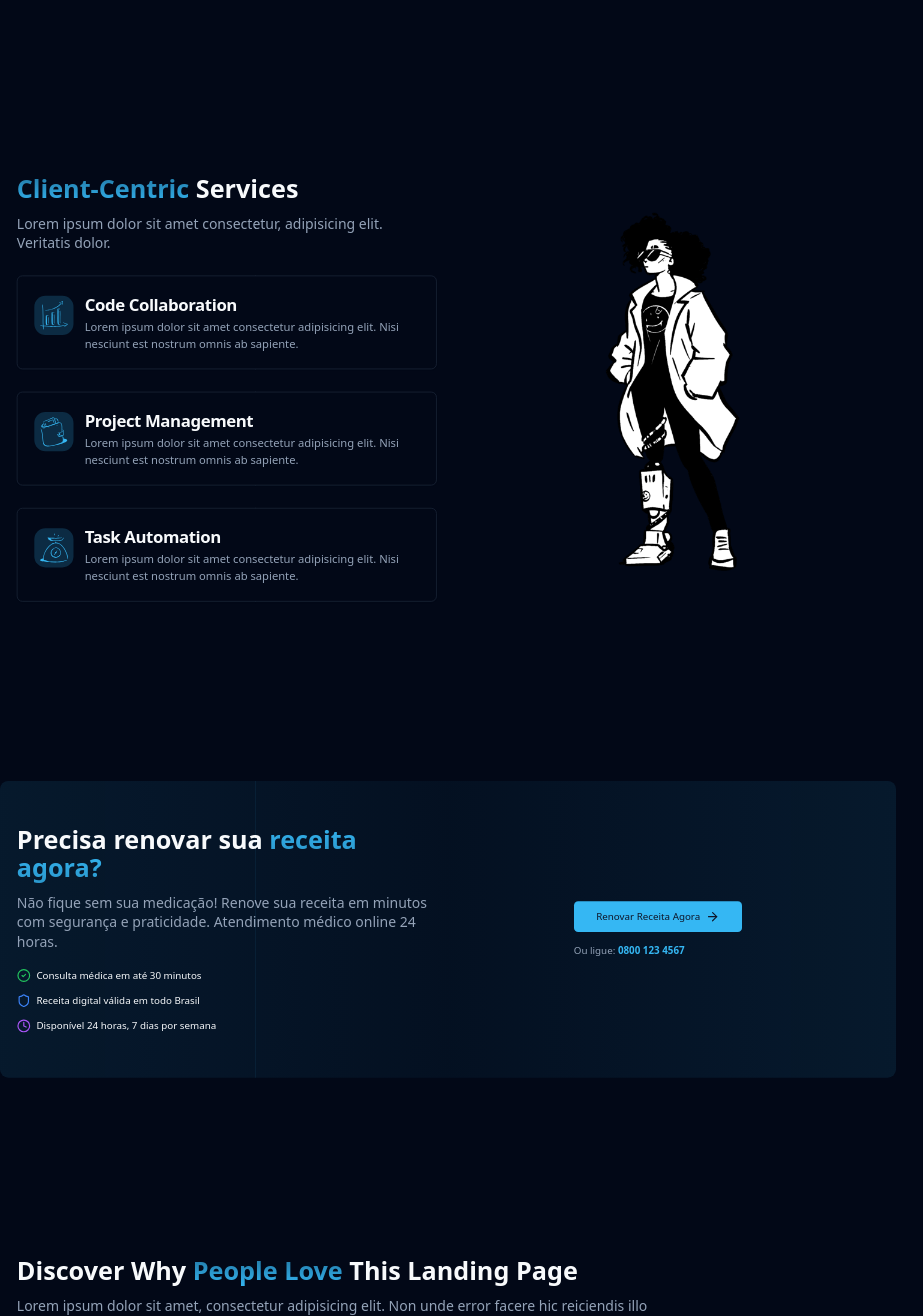
Repository: xoiurp/saude-digital
Page: /
The author's editor kept a copy of each file at every save. The page is drawn from the files as they stood at one save, then again after the next save.
The browser window is 1280 px wide. The page is 1318 px wide, so the pictures cover 1318 px, including what lies to the right of the window. The pictures show the part of the page from y = 2581 to 4461 px (the page is 7813 px tall before and 6947 px after), at 70% of full size.
Pictures or frames that could not be fetched are drawn as grey boxes. The project was rebuilt for these pictures with package versions that can differ from the ones it lists, and the page was loaded fresh each time. Also part of the build but not shown: vite.config.ts.

Above is the page before, as saved 2025-09-09 15:57:43.

### index.html
<!doctype html>
<html lang="pt-BR">
  <head>
    <meta charset="UTF-8" />
    <link rel="icon" type="image/svg+xml" href="/vite.svg" />
    <meta name="viewport" content="width=device-width, initial-scale=1.0" />
    <meta name="description" content="Renove sua receita médica online com segurança e praticidade. Consulta médica 24h, receita digital válida em todo Brasil. Renovação em minutos!">
    <meta name="keywords" content="renovar receita, receita médica online, telemedicina, consulta online, receita digital">
    <title>RenovaReceitas - Renovação de Receitas Médicas Online 24h</title>
  </head>
  <body>
    <div id="root"></div>
    <script type="module" src="/src/main.tsx"></script>
  </body>
</html>

### src/App.tsx
import { About } from "./components/About";
import { Cta } from "./components/Cta";
import { FAQ } from "./components/FAQ";
import { Features } from "./components/Features";
import { Footer } from "./components/Footer";
import { Hero } from "./components/Hero";
import { HowItWorks } from "./components/HowItWorks";
import { Navbar } from "./components/Navbar";
import { Newsletter } from "./components/Newsletter";
import { Pricing } from "./components/Pricing";
import { ScrollToTop } from "./components/ScrollToTop";
import { Services } from "./components/Services";
import { Sponsors } from "./components/Sponsors";
import { Team } from "./components/Team";
import { Testimonials } from "./components/Testimonials";
import { WhatsAppButton } from "./components/WhatsAppButton";
import "./App.css";

function App() {
  return (
    <>
      <Navbar />
      <Hero />
      <Features />
      <HowItWorks />
      <Services />
      <Cta />
      <Testimonials />
      <Pricing />
      <FAQ />
      <Newsletter />
      <Footer />
      <ScrollToTop />
      <WhatsAppButton />
    </>
  );
}

export default App;

### src/components/theme-provider.tsx
import { createContext, useContext, useEffect, useState } from "react";

type Theme = "dark" | "light" | "system";

type ThemeProviderProps = {
  children: React.ReactNode;
  defaultTheme?: Theme;
  storageKey?: string;
};

type ThemeProviderState = {
  theme: Theme;
  setTheme: (theme: Theme) => void;
};

const initialState: ThemeProviderState = {
  theme: "system",
  setTheme: () => null,
};

const ThemeProviderContext = createContext<ThemeProviderState>(initialState);

export function ThemeProvider({
  children,
  defaultTheme = "dark",
  storageKey = "vite-ui-theme",
  ...props
}: ThemeProviderProps) {
  const [theme, setTheme] = useState<Theme>(
    () => (localStorage.getItem(storageKey) as Theme) || defaultTheme
  );

  useEffect(() => {
    const root = window.document.documentElement;

    root.classList.remove("light", "dark");

    if (theme === "system") {
      const systemTheme = window.matchMedia("(prefers-color-scheme: dark)")
        .matches
        ? "dark"
        : "light";

      root.classList.add(systemTheme);
      return;
    }

    root.classList.add(theme);
  }, [theme]);

  const value = {
    theme,
    setTheme: (theme: Theme) => {
      localStorage.setItem(storageKey, theme);
      setTheme(theme);
    },
  };

  return (
    <ThemeProviderContext.Provider
      {...props}
      value={value}
    >
      {children}
    </ThemeProviderContext.Provider>
  );
}

export const useTheme = () => {
  const context = useContext(ThemeProviderContext);

  if (context === undefined)
    throw new Error("useTheme must be used within a ThemeProvider");

  return context;
};

### src/components/Cta.tsx
import { Button } from "./ui/button";
import { ArrowRight, Clock, Shield, CheckCircle2 } from "lucide-react";

export const Cta = () => {
  return (
    <section
      id="cta"
      className="bg-gradient-to-r from-primary/10 via-primary/5 to-primary/10 py-16 my-24 sm:my-32 rounded-xl"
    >
      <div className="container lg:grid lg:grid-cols-2 place-items-center">
        <div className="lg:col-start-1">
          <h2 className="text-3xl md:text-4xl font-bold ">
            Precisa renovar sua
            <span className="bg-gradient-to-b from-primary to-primary/80 text-transparent bg-clip-text">
              {" "}
              receita agora?{" "}
            </span>
          </h2>
          <p className="text-muted-foreground text-xl mt-4 mb-8 lg:mb-0">
            Não fique sem sua medicação! Renove sua receita em minutos com
            segurança e praticidade. Atendimento médico online 24 horas.
          </p>
          <div className="space-y-4 mt-6">
            <div className="flex items-center gap-2">
              <CheckCircle2 className="h-5 w-5 text-green-500" />
              <span className="text-sm">Consulta médica em até 30 minutos</span>
            </div>
            <div className="flex items-center gap-2">
              <Shield className="h-5 w-5 text-blue-500" />
              <span className="text-sm">Receita digital válida em todo Brasil</span>
            </div>
            <div className="flex items-center gap-2">
              <Clock className="h-5 w-5 text-purple-500" />
              <span className="text-sm">Disponível 24 horas, 7 dias por semana</span>
            </div>
          </div>
        </div>

        <div className="space-y-4 lg:col-start-2">
          <Button size="lg" className="w-full md:mr-4 md:w-auto">
            Renovar Receita Agora
            <ArrowRight className="ml-2 h-5 w-5" />
          </Button>
          <p className="text-sm text-muted-foreground">
            Ou ligue: <span className="font-bold text-primary">0800 123 4567</span>
          </p>
        </div>
      </div>
    </section>
  );
};

### src/components/Newsletter.tsx
import { Button } from "./ui/button";
import { Input } from "./ui/input";

export const Newsletter = () => {
  const handleSubmit = (e: any) => {
    e.preventDefault();
    console.log("Cadastrar-sed!");
  };

  return (
    <section id="Newsletter">
      <hr className="w-11/12 mx-auto" />

      <div className="container py-24 sm:py-32">
        <h3 className="text-center text-4xl md:text-5xl font-bold">
          Cadastra-se para receber{" "}
          <span className="bg-gradient-to-b from-primary/60 to-primary text-transparent bg-clip-text">
            Newsletter
          </span>
        </h3>
        <p className="text-xl text-muted-foreground text-center mt-4 mb-8">
          Enviaremos apenas o necessário.
        </p>

        <form
          className="flex flex-col w-full md:flex-row md:w-6/12 lg:w-4/12 mx-auto gap-4 md:gap-2"
          onSubmit={handleSubmit}
        >
          <Input
            placeholder="leomirandadev@gmail.com"
            className="bg-muted/50 dark:bg-muted/80 "
            aria-label="email"
          />
          <Button>Cadastrar-se</Button>
        </form>
      </div>

      <hr className="w-11/12 mx-auto" />
    </section>
  );
};

### src/components/ScrollToTop.tsx
import { useState, useEffect } from "react";
import { Button } from "./ui/button";
import { ArrowUpToLine } from "lucide-react";

export const ScrollToTop = () => {
  const [showTopBtn, setShowTopBtn] = useState(false);

  useEffect(() => {
    window.addEventListener("scroll", () => {
      if (window.scrollY > 400) {
        setShowTopBtn(true);
      } else {
        setShowTopBtn(false);
      }
    });
  }, []);

  const goToTop = () => {
    window.scroll({
      top: 0,
      left: 0,
    });
  };

  return (
    <>
      {showTopBtn && (
        <Button
          onClick={goToTop}
          className="fixed bottom-4 right-4 opacity-90 shadow-md"
          size="icon"
        >
          <ArrowUpToLine className="h-4 w-4" />
        </Button>
      )}
    </>
  );
};

### src/components/WhatsAppButton.tsx
import { MessageCircle } from "lucide-react";

export const WhatsAppButton = () => {
  const whatsappNumber = "5511999999999"; // Número do WhatsApp
  const message = "Olá! Preciso renovar minha receita médica.";
  const whatsappUrl = `https://wa.me/${whatsappNumber}?text=${encodeURIComponent(message)}`;

  return (
    <a
      href={whatsappUrl}
      target="_blank"
      rel="noopener noreferrer"
      className="fixed bottom-6 right-6 z-50 bg-green-500 hover:bg-green-600 text-white p-4 rounded-full shadow-lg transition-all duration-300 hover:scale-110 flex items-center justify-center group"
      aria-label="Contato via WhatsApp"
    >
      <MessageCircle className="h-6 w-6" />
      <span className="absolute right-full mr-3 bg-gray-800 text-white text-sm px-3 py-2 rounded-lg opacity-0 group-hover:opacity-100 transition-opacity duration-300 whitespace-nowrap">
        Fale conosco no WhatsApp
      </span>
    </a>
  );
};

### src/App.css
@tailwind base;
@tailwind components;
@tailwind utilities;

@layer base {
  /* Light mode - Medical theme with blue and green tones */
  :root {
    --background: 0 0% 100%;
    --foreground: 222.2 84% 4.9%;

    --card: 0 0% 100%;
    --card-foreground: 222.2 84% 4.9%;

    --popover: 0 0% 100%;
    --popover-foreground: 222.2 84% 4.9%;

    /* Primary - Medical Blue */
    --primary: 199 89% 48%;
    --primary-foreground: 0 0% 100%;

    /* Secondary - Soft Green */
    --secondary: 142 76% 36%;
    --secondary-foreground: 0 0% 100%;

    --muted: 210 40% 96.1%;
    --muted-foreground: 215.4 16.3% 46.9%;

    --accent: 210 40% 96.1%;
    --accent-foreground: 222.2 47.4% 11.2%;

    --destructive: 0 84.2% 60.2%;
    --destructive-foreground: 210 40% 98%;

    --border: 214.3 31.8% 91.4%;
    --input: 214.3 31.8% 91.4%;
    --ring: 199 89% 48%;

    --radius: 0.5rem;
  }

  /* Dark mode - Medical theme */
  .dark {
    --background: 222.2 84% 4.9%;
    --foreground: 210 40% 98%;

    --card: 222.2 84% 4.9%;
    --card-foreground: 210 40% 98%;

    --popover: 222.2 84% 4.9%;
    --popover-foreground: 210 40% 98%;

    /* Primary - Medical Blue (lighter for dark mode) */
    --primary: 199 89% 58%;
    --primary-foreground: 222.2 47.4% 11.2%;

    /* Secondary - Soft Green (lighter for dark mode) */
    --secondary: 142 76% 46%;
    --secondary-foreground: 222.2 47.4% 11.2%;

    --muted: 217.2 32.6% 17.5%;
    --muted-foreground: 215 20.2% 65.1%;

    --accent: 217.2 32.6% 17.5%;
    --accent-foreground: 210 40% 98%;

    --destructive: 0 62.8% 30.6%;
    --destructive-foreground: 210 40% 98%;

    --border: 217.2 32.6% 17.5%;
    --input: 217.2 32.6% 17.5%;
    --ring: 199 89% 58%;
  }
}

@layer base {
  * {
    @apply border-border;
  }
  body {
    @apply bg-background text-foreground;
  }
}

### src/components/ui/button.tsx
import * as React from "react"
import { Slot } from "@radix-ui/react-slot"
import { cva, type VariantProps } from "class-variance-authority"

import { cn } from "@/lib/utils"

const buttonVariants = cva(
  "inline-flex items-center justify-center whitespace-nowrap rounded-md text-sm font-medium ring-offset-background transition-colors focus-visible:outline-none focus-visible:ring-2 focus-visible:ring-ring focus-visible:ring-offset-2 disabled:pointer-events-none disabled:opacity-50",
  {
    variants: {
      variant: {
        default: "bg-primary text-primary-foreground hover:bg-primary/90",
        destructive:
          "bg-destructive text-destructive-foreground hover:bg-destructive/90",
        outline:
          "border border-input bg-background hover:bg-accent hover:text-accent-foreground",
        secondary:
          "bg-secondary text-secondary-foreground hover:bg-secondary/80",
        ghost: "hover:bg-accent hover:text-accent-foreground",
        link: "text-primary underline-offset-4 hover:underline",
      },
      size: {
        default: "h-10 px-4 py-2",
        sm: "h-9 rounded-md px-3",
        lg: "h-11 rounded-md px-8",
        icon: "h-10 w-10",
      },
    },
    defaultVariants: {
      variant: "default",
      size: "default",
    },
  }
)

export interface ButtonProps
  extends React.ButtonHTMLAttributes<HTMLButtonElement>,
    VariantProps<typeof buttonVariants> {
  asChild?: boolean
}

const Button = React.forwardRef<HTMLButtonElement, ButtonProps>(
  ({ className, variant, size, asChild = false, ...props }, ref) => {
    const Comp = asChild ? Slot : "button"
    return (
      <Comp
        className={cn(buttonVariants({ variant, size, className }))}
        ref={ref}
        {...props}
      />
    )
  }
)
Button.displayName = "Button"

export { Button, buttonVariants }

### src/components/ui/accordion.tsx
import * as React from "react";
import * as AccordionPrimitive from "@radix-ui/react-accordion";
import { ChevronDown } from "lucide-react";

import { cn } from "@/lib/utils";

const Accordion = AccordionPrimitive.Root;

const AccordionItem = React.forwardRef<
  React.ElementRef<typeof AccordionPrimitive.Item>,
  React.ComponentPropsWithoutRef<typeof AccordionPrimitive.Item>
>(({ className, ...props }, ref) => (
  <AccordionPrimitive.Item
    ref={ref}
    className={cn("border-b", className)}
    {...props}
  />
));
AccordionItem.displayName = "AccordionItem";

const AccordionTrigger = React.forwardRef<
  React.ElementRef<typeof AccordionPrimitive.Trigger>,
  React.ComponentPropsWithoutRef<typeof AccordionPrimitive.Trigger>
>(({ className, children, ...props }, ref) => (
  <AccordionPrimitive.Header className="flex">
    <AccordionPrimitive.Trigger
      ref={ref}
      className={cn(
        "flex flex-1 items-center justify-between py-4 font-medium transition-all hover:underline [&[data-state=open]>svg]:rotate-180",
        className
      )}
      {...props}
    >
      {children}
      <ChevronDown className="h-4 w-4 shrink-0 transition-transform duration-200" />
    </AccordionPrimitive.Trigger>
  </AccordionPrimitive.Header>
));
AccordionTrigger.displayName = AccordionPrimitive.Trigger.displayName;

const AccordionContent = React.forwardRef<
  React.ElementRef<typeof AccordionPrimitive.Content>,
  React.ComponentPropsWithoutRef<typeof AccordionPrimitive.Content>
>(({ className, children, ...props }, ref) => (
  <AccordionPrimitive.Content
    ref={ref}
    className="overflow-hidden text-sm transition-all data-[state=closed]:animate-accordion-up data-[state=open]:animate-accordion-down"
    {...props}
  >
    <div
      className={cn("pb-4 pt-0 text-muted-foreground text-[16px]", className)}
    >
      {children}
    </div>
  </AccordionPrimitive.Content>
));

AccordionContent.displayName = AccordionPrimitive.Content.displayName;

export { Accordion, AccordionItem, AccordionTrigger, AccordionContent };

### src/components/ui/badge.tsx
import * as React from "react"
import { cva, type VariantProps } from "class-variance-authority"

import { cn } from "@/lib/utils"

const badgeVariants = cva(
  "inline-flex items-center rounded-full border px-2.5 py-0.5 text-xs font-semibold transition-colors focus:outline-none focus:ring-2 focus:ring-ring focus:ring-offset-2",
  {
    variants: {
      variant: {
        default:
          "border-transparent bg-primary text-primary-foreground hover:bg-primary/80",
        secondary:
          "border-transparent bg-secondary text-secondary-foreground hover:bg-secondary/80",
        destructive:
          "border-transparent bg-destructive text-destructive-foreground hover:bg-destructive/80",
        outline: "text-foreground",
      },
    },
    defaultVariants: {
      variant: "default",
    },
  }
)

export interface BadgeProps
  extends React.HTMLAttributes<HTMLDivElement>,
    VariantProps<typeof badgeVariants> {}

function Badge({ className, variant, ...props }: BadgeProps) {
  return (
    <div className={cn(badgeVariants({ variant }), className)} {...props} />
  )
}

export { Badge, badgeVariants }

### src/components/ui/card.tsx
import * as React from "react"

import { cn } from "@/lib/utils"

const Card = React.forwardRef<
  HTMLDivElement,
  React.HTMLAttributes<HTMLDivElement>
>(({ className, ...props }, ref) => (
  <div
    ref={ref}
    className={cn(
      "rounded-lg border bg-card text-card-foreground shadow-sm",
      className
    )}
    {...props}
  />
))
Card.displayName = "Card"

const CardHeader = React.forwardRef<
  HTMLDivElement,
  React.HTMLAttributes<HTMLDivElement>
>(({ className, ...props }, ref) => (
  <div
    ref={ref}
    className={cn("flex flex-col space-y-1.5 p-6", className)}
    {...props}
  />
))
CardHeader.displayName = "CardHeader"

const CardTitle = React.forwardRef<
  HTMLParagraphElement,
  React.HTMLAttributes<HTMLHeadingElement>
>(({ className, ...props }, ref) => (
  <h3
    ref={ref}
    className={cn(
      "text-2xl font-semibold leading-none tracking-tight",
      className
    )}
    {...props}
  />
))
CardTitle.displayName = "CardTitle"

const CardDescription = React.forwardRef<
  HTMLParagraphElement,
  React.HTMLAttributes<HTMLParagraphElement>
>(({ className, ...props }, ref) => (
  <p
    ref={ref}
    className={cn("text-sm text-muted-foreground", className)}
    {...props}
  />
))
CardDescription.displayName = "CardDescription"

const CardContent = React.forwardRef<
  HTMLDivElement,
  React.HTMLAttributes<HTMLDivElement>
>(({ className, ...props }, ref) => (
  <div ref={ref} className={cn("p-6 pt-0", className)} {...props} />
))
CardContent.displayName = "CardContent"

const CardFooter = React.forwardRef<
  HTMLDivElement,
  React.HTMLAttributes<HTMLDivElement>
>(({ className, ...props }, ref) => (
  <div
    ref={ref}
    className={cn("flex items-center p-6 pt-0", className)}
    {...props}
  />
))
CardFooter.displayName = "CardFooter"

export { Card, CardHeader, CardFooter, CardTitle, CardDescription, CardContent }

### src/components/mode-toggle.tsx
import { Button } from "@/components/ui/button";
import {
  DropdownMenu,
  DropdownMenuContent,
  DropdownMenuItem,
  DropdownMenuTrigger,
} from "@/components/ui/dropdown-menu";
import { useTheme } from "@/components/theme-provider";
import { Moon, Sun } from "lucide-react";

export function ModeToggle() {
  const { setTheme } = useTheme();

  return (
    <DropdownMenu>
      <DropdownMenuTrigger asChild>
        <Button
          variant="ghost"
          size="icon"
          className="ghost"
        >
          <Sun className="h-[1.1rem] w-[1.2rem] rotate-0 scale-100 transition-all dark:-rotate-90 dark:scale-0" />
          <Moon className="absolute h-[1.1rem] w-[1.2rem] rotate-90 scale-0 transition-all dark:rotate-0 dark:scale-100" />
          <span className="sr-only">Toggle theme</span>
        </Button>
      </DropdownMenuTrigger>
      <DropdownMenuContent align="end">
        <DropdownMenuItem onClick={() => setTheme("light")}>
          Light
        </DropdownMenuItem>
        <DropdownMenuItem onClick={() => setTheme("dark")}>
          Dark
        </DropdownMenuItem>
        <DropdownMenuItem onClick={() => setTheme("system")}>
          System
        </DropdownMenuItem>
      </DropdownMenuContent>
    </DropdownMenu>
  );
}

### src/components/ui/input.tsx
import * as React from "react"

import { cn } from "@/lib/utils"

export interface InputProps
  extends React.InputHTMLAttributes<HTMLInputElement> {}

const Input = React.forwardRef<HTMLInputElement, InputProps>(
  ({ className, type, ...props }, ref) => {
    return (
      <input
        type={type}
        className={cn(
          "flex h-10 w-full rounded-md border border-input bg-background px-3 py-2 text-sm ring-offset-background file:border-0 file:bg-transparent file:text-sm file:font-medium placeholder:text-muted-foreground focus-visible:outline-none focus-visible:ring-2 focus-visible:ring-ring focus-visible:ring-offset-2 disabled:cursor-not-allowed disabled:opacity-50",
          className
        )}
        ref={ref}
        {...props}
      />
    )
  }
)
Input.displayName = "Input"

export { Input }

### src/components/ui/avatar.tsx
import * as React from "react";
import * as AvatarPrimitive from "@radix-ui/react-avatar";

import { cn } from "@/lib/utils";

const Avatar = React.forwardRef<
  React.ElementRef<typeof AvatarPrimitive.Root>,
  React.ComponentPropsWithoutRef<typeof AvatarPrimitive.Root>
>(({ className, ...props }, ref) => (
  <AvatarPrimitive.Root
    ref={ref}
    className={cn(
      "relative flex h-10 w-10 shrink-0 overflow-hidden rounded-full",
      className
    )}
    {...props}
  />
));
Avatar.displayName = AvatarPrimitive.Root.displayName;

const AvatarImage = React.forwardRef<
  React.ElementRef<typeof AvatarPrimitive.Image>,
  React.ComponentPropsWithoutRef<typeof AvatarPrimitive.Image>
>(({ className, ...props }, ref) => (
  <AvatarPrimitive.Image
    ref={ref}
    className={cn("aspect-square h-full w-full", className)}
    {...props}
  />
));
AvatarImage.displayName = AvatarPrimitive.Image.displayName;

const AvatarFallback = React.forwardRef<
  React.ElementRef<typeof AvatarPrimitive.Fallback>,
  React.ComponentPropsWithoutRef<typeof AvatarPrimitive.Fallback>
>(({ className, ...props }, ref) => (
  <AvatarPrimitive.Fallback
    ref={ref}
    className={cn(
      "flex h-full w-full items-center justify-center rounded-full bg-muted",
      className
    )}
    {...props}
  />
));
AvatarFallback.displayName = AvatarPrimitive.Fallback.displayName;

export { Avatar, AvatarImage, AvatarFallback };

Loaded but not shown: src/main.tsx (common file); src/index.css (common file); src/lib/utils.ts (common file); tailwind.config.js (common file); src/components/Icons.tsx (664 lines, source omitted); src/components/ui/dropdown-menu.tsx (198 lines, source omitted); src/components/Pricing.tsx (179 lines, source omitted); src/components/ui/navigation-menu.tsx (128 lines, source omitted); src/components/HeroCards.tsx (133 lines, source omitted); src/components/ui/sheet.tsx (138 lines, source omitted); src/components/FAQ.tsx (109 lines, source omitted); src/components/Footer.tsx (168 lines, source omitted); src/components/Navbar.tsx (142 lines, source omitted); src/components/Features.tsx (137 lines, source omitted); src/components/HowItWorks.tsx (118 lines, source omitted); src/components/Testimonials.tsx (111 lines, source omitted); src/components/Services.tsx (76 lines, source omitted); src/components/Hero.tsx (66 lines, source omitted)

After the next save:
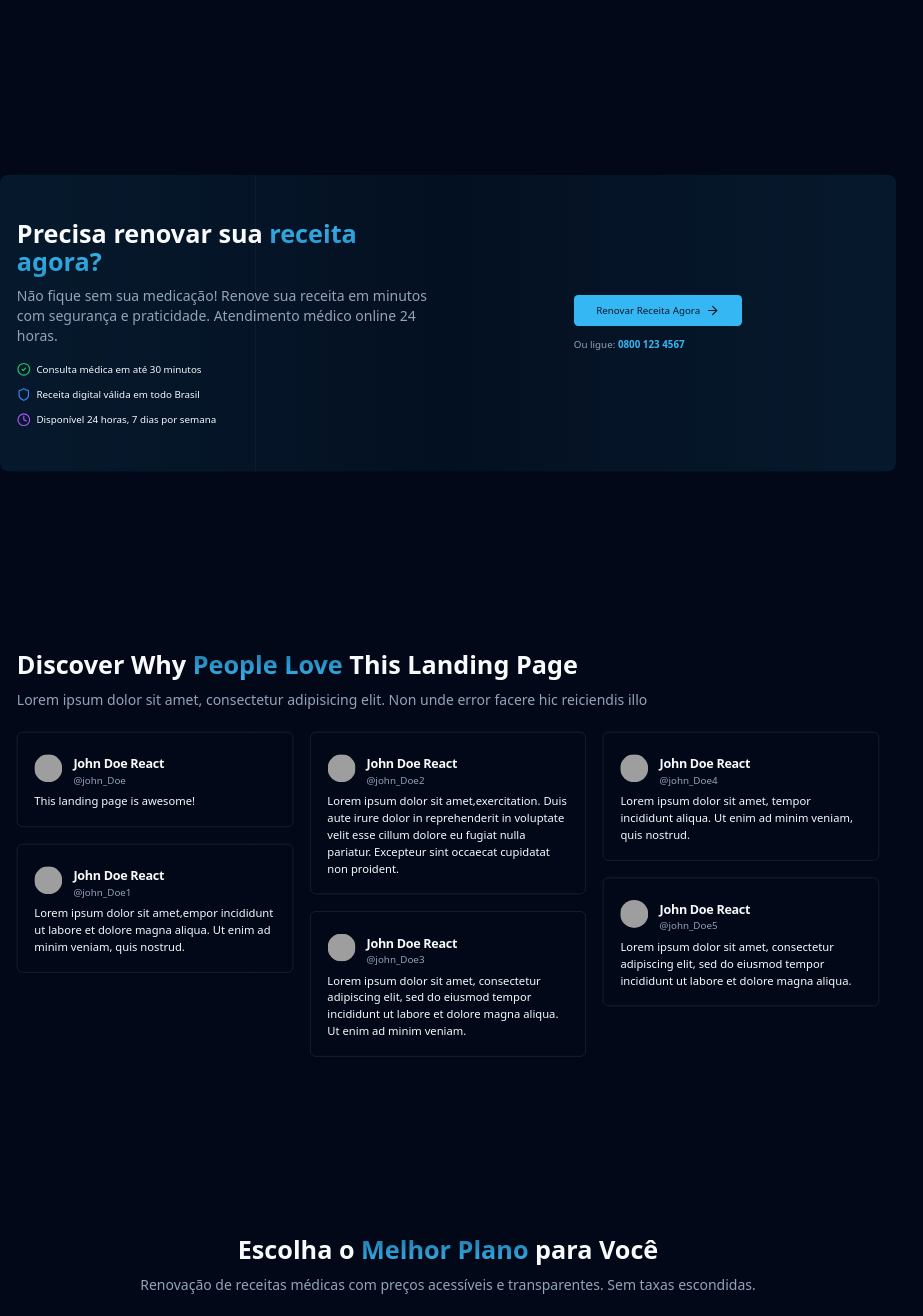
Saved 2 min 44 s later.
--- a/src/App.tsx
+++ b/src/App.tsx
@@ -8,8 +8,6 @@ import { HowItWorks } from "./components/HowItWorks";
 import { Navbar } from "./components/Navbar";
 import { Newsletter } from "./components/Newsletter";
 import { Pricing } from "./components/Pricing";
-import { ScrollToTop } from "./components/ScrollToTop";
-import { Services } from "./components/Services";
 import { Sponsors } from "./components/Sponsors";
 import { Team } from "./components/Team";
 import { Testimonials } from "./components/Testimonials";
@@ -23,14 +21,12 @@ function App() {
       <Hero />
       <Features />
       <HowItWorks />
-      <Services />
       <Cta />
       <Testimonials />
       <Pricing />
       <FAQ />
       <Newsletter />
       <Footer />
-      <ScrollToTop />
       <WhatsAppButton />
     </>
   );
